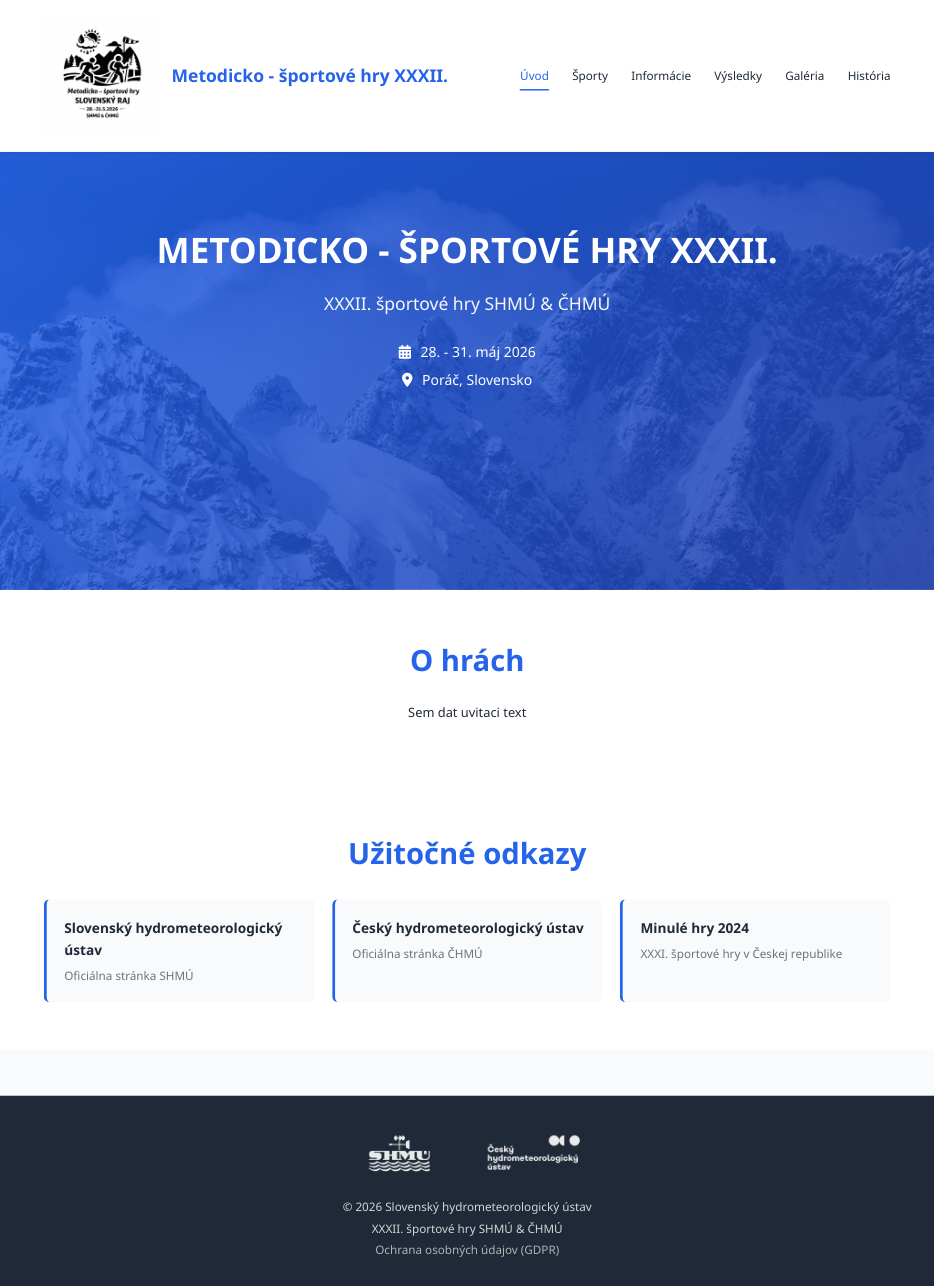
Repository: samiljimari/SHMU-web
Page: index.html
An editor plug-in stored every save of this project. The page is shown before and after the next save, followed by the edit.
The browser window is 1280 px wide. The pictures show the whole page, at 73% of full size.

Above is the page before, as saved 2026-01-14 14:47:19.

### index.html
<!DOCTYPE html>
<html lang="sk">
<head>
    <meta charset="UTF-8">
    <meta name="viewport" content="width=device-width, initial-scale=1.0">
    <title>Športové hry SHMÚ 2026</title>
    <link rel="stylesheet" href="https://cdnjs.cloudflare.com/ajax/libs/font-awesome/6.5.1/css/all.min.css">
    <link rel="stylesheet" href="css/style.css">
</head>
<body>
    <header>
        <nav class="navbar">
            <div class="container">
                <div class="logo">
                    <img src="site_logo.png" alt="Logo" class="site-logo">
                    <h1>Metodicko - športové hry XXXII.</h1>
                </div>
                <ul class="nav-menu">
                    <li><a href="index.html" class="active">Úvod</a></li>
                    <li><a href="sports.html">Športy</a></li>
                    <li><a href="info.html">Informácie</a></li>
                    <li><a href="results.html">Výsledky</a></li>
                    <li><a href="gallery.html">Galéria</a></li>
                    <li><a href="history.html">História</a></li>
                </ul>
                <div class="hamburger">
                    <span></span>
                    <span></span>
                    <span></span>
                </div>
            </div>
        </nav>
    </header>

    <main>
        <section class="hero">
            <div class="hero-content">
                <h2>METODICKO - ŠPORTOVÉ HRY XXXII.</h2>
                <p class="hero-subtitle">XXXII. športové hry SHMÚ & ČHMÚ</p>
                <p class="hero-date"><i class="fas fa-calendar-alt"></i> 28. - 31. máj 2026</p>
                <p class="hero-location"><i class="fas fa-map-marker-alt"></i> Poráč, Slovensko</p>
            </div>
        </section>

        <section class="about">
            <div class="container">
                <h2>O hrách</h2>
                <p>
                    Sem dat uvitaci text
                </p>
            </div>
        </section>

        <section class="useful-links">
            <div class="container">
                <h2>Užitočné odkazy</h2>
                <div class="links-grid">
                    <a href="https://www.shmu.sk/" target="_blank" class="link-card">
                        <h3>Slovenský hydrometeorologický ústav</h3>
                        <p>Oficiálna stránka SHMÚ</p>
                    </a>
                    <a href="http://www.chmi.cz/" target="_blank" class="link-card">
                        <h3>Český hydrometeorologický ústav</h3>
                        <p>Oficiálna stránka ČHMÚ</p>
                    </a>
                    <a href="https://info.chmi.cz/akce/sportovniHry/index.php" target="_blank" class="link-card">
                        <h3>Minulé hry 2024</h3>
                        <p>XXXI. športové hry v Českej republike</p>
                    </a>
                </div>
            </div>
        </section>
    </main>

    <footer>
        <div class="container">
            <div class="footer-logos">
                <img src="logoSHMI_white.png" alt="SHMÚ Logo">
                <img src="logoCHMI_white.png" alt="ČHMÚ Logo">
            </div>
            <p>&copy; 2026 Slovenský hydrometeorologický ústav</p>
            <p>XXXII. športové hry SHMÚ & ČHMÚ</p>
            <p><a href="gdpr.html" style="color: rgba(255,255,255,0.8); text-decoration: none;">Ochrana osobných údajov (GDPR)</a></p>
        </div>
    </footer>

    <script src="js/script.js"></script>
</body>
</html>

### css/style.css
/* Reset and Base Styles */
* {
    margin: 0;
    padding: 0;
    box-sizing: border-box;
}

:root {
    --primary-color: #2563eb;
    --secondary-color: #1e40af;
    --accent-color: #3b82f6;
    --text-dark: #1f2937;
    --text-light: #6b7280;
    --bg-light: #f9fafb;
    --bg-white: #ffffff;
    --border-color: #e5e7eb;
    --success-color: #10b981;
    --warning-color: #f59e0b;
    --danger-color: #ef4444;
}

body {
    font-family: 'Segoe UI', Tahoma, Geneva, Verdana, sans-serif;
    line-height: 1.6;
    color: var(--text-dark);
    background-color: var(--bg-light);
}

.container {
    max-width: 1200px;
    margin: 0 auto;
    padding: 0 20px;
}

/* Navigation */
.navbar {
    background-color: var(--bg-white);
    box-shadow: 0 2px 4px rgba(0, 0, 0, 0.1);
    position: relative;
    z-index: 1000;
}

.navbar .container {
    display: flex;
    justify-content: space-between;
    align-items: center;
    padding: 1.5rem 20px;
}

.logo {
    display: flex;
    align-items: center;
    gap: 15px;
}

.site-logo {
    height: 160px;
    width: auto;
    object-fit: contain;
}

.logo h1 {
    font-size: 1.5rem;
    color: var(--primary-color);
    font-weight: 700;
}

.nav-menu {
    display: flex;
    list-style: none;
    gap: 2rem;
}

.nav-menu a {
    text-decoration: none;
    color: var(--text-dark);
    font-weight: 500;
    transition: color 0.3s;
    padding: 0.5rem 0;
}

.nav-menu a:hover,
.nav-menu a.active {
    color: var(--primary-color);
    border-bottom: 2px solid var(--primary-color);
}

.hamburger {
    display: none;
    flex-direction: column;
    cursor: pointer;
    gap: 4px;
}

.hamburger span {
    width: 25px;
    height: 3px;
    background-color: var(--text-dark);
    transition: 0.3s;
}

/* Hero Section */
.hero {
    background-image: linear-gradient(135deg, rgba(37, 99, 235, 0.85) 0%, rgba(30, 64, 175, 0.85) 100%), url('../tatry.jpg');
    background-size: cover;
    background-position: center top;
    background-repeat: no-repeat;
    color: white;
    padding: 6rem 2rem 8rem;
    text-align: center;
    position: relative;
    min-height: 600px;
    margin-top: 0;
}

.hero-content h2 {
    font-size: 3rem;
    margin-bottom: 1rem;
    font-weight: 700;
}

.hero-subtitle {
    font-size: 1.5rem;
    margin-bottom: 2rem;
    opacity: 0.95;
}

.hero-date,
.hero-location {
    font-size: 1.2rem;
    margin: 0.5rem 0;
}

.hero-date i,
.hero-location i {
    margin-right: 0.5rem;
}

/* About Section */
.about {
    padding: 4rem 2rem;
    background-color: var(--bg-white);
}

.about h2 {
    font-size: 2.5rem;
    margin-bottom: 1.5rem;
    color: var(--primary-color);
    text-align: center;
}

.about p {
    font-size: 1.1rem;
    line-height: 1.8;
    margin-bottom: 1rem;
    text-align: center;
    max-width: 800px;
    margin-left: auto;
    margin-right: auto;
}

/* Info Grid Section */
.info-grid {
    padding: 4rem 2rem;
    background-color: var(--bg-light);
}

.grid {
    display: grid;
    grid-template-columns: repeat(auto-fit, minmax(250px, 1fr));
    gap: 2rem;
}

.card {
    background-color: var(--bg-white);
    padding: 2rem;
    border-radius: 10px;
    box-shadow: 0 4px 6px rgba(0, 0, 0, 0.1);
    text-align: center;
    transition: transform 0.3s, box-shadow 0.3s;
}

.card:hover {
    transform: translateY(-5px);
    box-shadow: 0 8px 12px rgba(0, 0, 0, 0.15);
}

.card-icon {
    font-size: 3rem;
    margin-bottom: 1rem;
    color: var(--primary-color);
}

.card-icon i {
    display: block;
}

.card h3 {
    font-size: 1.5rem;
    margin-bottom: 1rem;
    color: var(--primary-color);
}

.card p {
    margin-bottom: 1.5rem;
    color: var(--text-light);
}

.btn {
    display: inline-block;
    padding: 0.75rem 1.5rem;
    background-color: var(--primary-color);
    color: white;
    text-decoration: none;
    border-radius: 5px;
    transition: background-color 0.3s;
    font-weight: 500;
}

.btn:hover {
    background-color: var(--secondary-color);
}

/* Useful Links Section */
.useful-links {
    padding: 4rem 2rem;
    background-color: var(--bg-white);
}

.useful-links h2 {
    font-size: 2.5rem;
    margin-bottom: 2rem;
    color: var(--primary-color);
    text-align: center;
}

.links-grid {
    display: grid;
    grid-template-columns: repeat(auto-fit, minmax(300px, 1fr));
    gap: 1.5rem;
}

.link-card {
    background-color: var(--bg-light);
    padding: 1.5rem;
    border-radius: 8px;
    text-decoration: none;
    color: var(--text-dark);
    border-left: 4px solid var(--primary-color);
    transition: all 0.3s;
}

.link-card:hover {
    background-color: var(--primary-color);
    color: white;
    transform: translateX(5px);
}

.link-card h3 {
    margin-bottom: 0.5rem;
}

.link-card p {
    color: var(--text-light);
}

.link-card:hover p {
    color: rgba(255, 255, 255, 0.9);
}

/* Page Header */
.page-header {
    background: linear-gradient(135deg, var(--primary-color) 0%, var(--secondary-color) 100%);
    color: white;
    padding: 5rem 2rem 3rem;
    text-align: center;
    margin-top: 0;
}

.page-header h1 {
    font-size: 2.5rem;
    margin-bottom: 0.5rem;
}

.page-header p {
    font-size: 1.2rem;
    opacity: 0.95;
}

/* Sports Section */
.sports-list {
    padding: 4rem 2rem;
}

.sports-grid {
    display: grid;
    grid-template-columns: repeat(auto-fit, minmax(280px, 1fr));
    gap: 2rem;
    margin-bottom: 3rem;
}

.sport-card {
    background-color: var(--bg-white);
    padding: 2rem;
    border-radius: 10px;
    box-shadow: 0 4px 6px rgba(0, 0, 0, 0.1);
    transition: transform 0.3s;
}

.sport-card:hover {
    transform: translateY(-5px);
}

.sport-icon {
    font-size: 3rem;
    margin-bottom: 1rem;
    text-align: center;
    color: var(--primary-color);
}

.sport-icon i {
    display: block;
}

.sport-card h3 {
    font-size: 1.5rem;
    margin-bottom: 0.5rem;
    color: var(--primary-color);
}

.sport-card p {
    color: var(--text-light);
    margin-bottom: 1rem;
}

.sport-card ul {
    list-style: none;
    padding-left: 0;
}

.sport-card ul li {
    padding: 0.25rem 0;
    color: var(--text-dark);
}

.sport-card ul li:before {
    content: "✓ ";
    color: var(--success-color);
    font-weight: bold;
}

.info-box {
    background-color: var(--bg-white);
    padding: 2rem;
    border-radius: 10px;
    border-left: 4px solid var(--warning-color);
    box-shadow: 0 4px 6px rgba(0, 0, 0, 0.1);
}

.info-box h3 {
    color: var(--primary-color);
    margin-bottom: 1rem;
}

.info-box ul {
    list-style: none;
    padding-left: 0;
}

.info-box ul li {
    padding: 0.5rem 0;
}

/* Information Page */
.info-content {
    padding: 4rem 2rem;
}

.info-section {
    background-color: var(--bg-white);
    padding: 2rem;
    margin-bottom: 2rem;
    border-radius: 10px;
    box-shadow: 0 4px 6px rgba(0, 0, 0, 0.1);
}

.info-section h2 {
    color: var(--primary-color);
    margin-bottom: 1.5rem;
    font-size: 2rem;
}

.info-section h2 i {
    margin-right: 0.5rem;
}

.info-section h3 {
    color: var(--secondary-color);
    margin-top: 1.5rem;
    margin-bottom: 1rem;
}

.info-section h4 {
    color: var(--text-dark);
    margin-top: 1rem;
    margin-bottom: 0.5rem;
}

.info-section ul {
    margin-left: 1.5rem;
    margin-top: 0.5rem;
}

.info-section li {
    margin-bottom: 0.5rem;
}

.schedule-table {
    margin-top: 1rem;
}

.schedule-table h3 {
    background-color: var(--bg-light);
    padding: 0.75rem 1rem;
    margin-top: 1.5rem;
    border-left: 4px solid var(--primary-color);
}

.schedule-table table {
    width: 100%;
    border-collapse: collapse;
    margin-top: 1rem;
}

.schedule-table table tr {
    border-bottom: 1px solid var(--border-color);
}

.schedule-table table td {
    padding: 1rem;
}

.schedule-table table td:first-child {
    font-weight: 600;
    color: var(--primary-color);
    width: 150px;
}

.venue-info,
.accommodation-info,
.transport-info,
.registration-info,
.meals-info {
    margin-top: 1rem;
}

.hotel-list {
    display: grid;
    grid-template-columns: repeat(auto-fit, minmax(250px, 1fr));
    gap: 1rem;
    margin-top: 1rem;
}

.hotel-card {
    background-color: var(--bg-light);
    padding: 1rem;
    border-radius: 5px;
}

.hotel-card h4 {
    color: var(--primary-color);
    margin-bottom: 0.5rem;
}

.contact-box {
    background: linear-gradient(135deg, var(--primary-color) 0%, var(--secondary-color) 100%);
    color: white;
}

.contact-box h2 {
    color: white;
}

.contact-box a {
    color: white;
    text-decoration: underline;
}

/* Results Page */
.results-content {
    padding: 4rem 2rem;
}

.overall-standings,
.sport-results {
    background-color: var(--bg-white);
    padding: 2rem;
    margin-bottom: 2rem;
    border-radius: 10px;
    box-shadow: 0 4px 6px rgba(0, 0, 0, 0.1);
}

.results-table {
    width: 100%;
    border-collapse: collapse;
    margin-top: 1rem;
}

.results-table thead {
    background-color: var(--primary-color);
    color: white;
}

.results-table th,
.results-table td {
    padding: 1rem;
    text-align: left;
    border-bottom: 1px solid var(--border-color);
}

.results-table tbody tr:hover {
    background-color: var(--bg-light);
}

.medal-gold {
    color: #FFD700;
    font-weight: bold;
}

.medal-silver {
    color: #C0C0C0;
    font-weight: bold;
}

.medal-bronze {
    color: #CD7F32;
    font-weight: bold;
}

.results-note {
    margin-top: 1rem;
    color: var(--text-light);
    font-style: italic;
}

.result-box {
    margin-top: 1rem;
    padding: 1.5rem;
    background-color: var(--bg-light);
    border-radius: 8px;
}

.result-box h3 {
    color: var(--secondary-color);
    margin-bottom: 1rem;
}

.score-display {
    display: flex;
    justify-content: center;
    align-items: center;
    gap: 2rem;
    font-size: 1.5rem;
    margin: 1rem 0;
}

.score-display .team {
    font-weight: 600;
    min-width: 100px;
    text-align: center;
}

.score-display .score {
    font-size: 2rem;
    font-weight: bold;
    color: var(--primary-color);
}

.status {
    text-align: center;
    color: var(--text-light);
    font-style: italic;
    margin-top: 0.5rem;
}

/* Gallery Page */
.gallery-content {
    padding: 4rem 2rem;
}

.gallery-section {
    background-color: var(--bg-white);
    padding: 2rem;
    margin-bottom: 2rem;
    border-radius: 10px;
    box-shadow: 0 4px 6px rgba(0, 0, 0, 0.1);
}

.gallery-section h2 {
    color: var(--primary-color);
    margin-bottom: 1rem;
}

.gallery-note {
    color: var(--text-light);
    font-style: italic;
    margin-bottom: 2rem;
}

.photo-grid {
    display: grid;
    grid-template-columns: repeat(auto-fill, minmax(250px, 1fr));
    gap: 1rem;
    margin-top: 2rem;
}

.photo-placeholder {
    background-color: var(--bg-light);
    border: 2px dashed var(--border-color);
    border-radius: 8px;
    padding: 3rem;
    text-align: center;
    color: var(--text-light);
    min-height: 200px;
    display: flex;
    align-items: center;
    justify-content: center;
}

.previous-years {
    display: grid;
    grid-template-columns: repeat(auto-fit, minmax(300px, 1fr));
    gap: 1.5rem;
    margin-top: 1.5rem;
}

.year-gallery-link {
    text-decoration: none;
    color: inherit;
}

.year-card {
    background-color: var(--bg-light);
    padding: 2rem;
    border-radius: 8px;
    border-left: 4px solid var(--primary-color);
    transition: all 0.3s;
}

.year-card:hover {
    background-color: var(--primary-color);
    color: white;
    transform: translateX(5px);
}

.year-card h3 {
    color: var(--primary-color);
    margin-bottom: 0.5rem;
}

.year-card:hover h3 {
    color: white;
}

.view-link {
    display: inline-block;
    margin-top: 1rem;
    color: var(--primary-color);
    font-weight: 600;
}

.year-card:hover .view-link {
    color: white;
}

.upload-info {
    background-color: var(--bg-light);
    padding: 2rem;
    border-radius: 8px;
    margin-top: 2rem;
}

.upload-info h3 {
    color: var(--primary-color);
    margin-bottom: 1rem;
}

.upload-info a {
    color: var(--primary-color);
    text-decoration: none;
}

.upload-info a:hover {
    text-decoration: underline;
}

/* History Page */
.history-content {
    padding: 4rem 2rem;
}

.history-intro {
    background-color: var(--bg-white);
    padding: 2rem;
    margin-bottom: 3rem;
    border-radius: 10px;
    box-shadow: 0 4px 6px rgba(0, 0, 0, 0.1);
}

.history-intro h2 {
    color: var(--primary-color);
    margin-bottom: 1rem;
}

.history-intro p {
    margin-bottom: 1rem;
    line-height: 1.8;
}

.timeline {
    background-color: var(--bg-white);
    padding: 2rem;
    margin-bottom: 3rem;
    border-radius: 10px;
    box-shadow: 0 4px 6px rgba(0, 0, 0, 0.1);
}

.timeline h2 {
    color: var(--primary-color);
    margin-bottom: 2rem;
}

.timeline-item {
    display: grid;
    grid-template-columns: 120px 1fr;
    gap: 2rem;
    margin-bottom: 2rem;
    padding-bottom: 2rem;
    border-bottom: 1px solid var(--border-color);
}

.timeline-item:last-child {
    border-bottom: none;
}

.timeline-year {
    font-size: 1.5rem;
    font-weight: 700;
    color: var(--primary-color);
}

.timeline-content h3 {
    color: var(--secondary-color);
    margin-bottom: 0.5rem;
}

.timeline-content a {
    color: var(--primary-color);
    text-decoration: none;
    display: inline-block;
    margin-top: 0.5rem;
}

.timeline-content a:hover {
    text-decoration: underline;
}

.timeline-item.placeholder {
    opacity: 0.6;
}

.statistics {
    background-color: var(--bg-white);
    padding: 2rem;
    margin-bottom: 3rem;
    border-radius: 10px;
    box-shadow: 0 4px 6px rgba(0, 0, 0, 0.1);
}

.statistics h2 {
    color: var(--primary-color);
    margin-bottom: 2rem;
}

.stats-grid {
    display: grid;
    grid-template-columns: repeat(auto-fit, minmax(200px, 1fr));
    gap: 2rem;
    margin-bottom: 1rem;
}

.stat-card {
    text-align: center;
    padding: 2rem;
    background-color: var(--bg-light);
    border-radius: 8px;
}

.stat-number {
    font-size: 3rem;
    font-weight: 700;
    color: var(--primary-color);
    margin-bottom: 0.5rem;
}

.stat-label {
    color: var(--text-light);
    font-size: 1.1rem;
}

.stats-note {
    text-align: center;
    color: var(--text-light);
    font-style: italic;
    margin-top: 1rem;
}

.hosting-pattern {
    background-color: var(--bg-white);
    padding: 2rem;
    border-radius: 10px;
    box-shadow: 0 4px 6px rgba(0, 0, 0, 0.1);
}

.hosting-pattern h2 {
    color: var(--primary-color);
    margin-bottom: 1rem;
}

.hosting-pattern ul {
    margin: 1rem 0 1rem 1.5rem;
}

.hosting-pattern li {
    margin-bottom: 0.5rem;
}

/* Footer */
footer {
    background-color: var(--text-dark);
    color: white;
    padding: 3rem 0 2rem;
    text-align: center;
    margin-top: 4rem;
}

.footer-logos {
    display: flex;
    justify-content: center;
    align-items: center;
    gap: 3rem;
    margin-bottom: 2rem;
    flex-wrap: wrap;
}

.footer-logos img {
    height: 60px;
    width: auto;
    opacity: 0.9;
    transition: opacity 0.3s;
}

.footer-logos img:hover {
    opacity: 1;
}

footer p {
    margin: 0.25rem 0;
    opacity: 0.8;
}

/* Responsive Design */
@media (max-width: 768px) {
    .nav-menu {
        position: fixed;
        left: -100%;
        top: 70px;
        flex-direction: column;
        background-color: var(--bg-white);
        width: 100%;
        text-align: center;
        transition: 0.3s;
        box-shadow: 0 10px 27px rgba(0, 0, 0, 0.05);
        padding: 2rem 0;
        gap: 0;
    }

    .nav-menu.active {
        left: 0;
    }

    .nav-menu li {
        margin: 1rem 0;
    }

    .hamburger {
        display: flex;
    }

    .site-logo {
        height: 120px;
    }

    .logo h1 {
        font-size: 1.2rem;
    }

    .hero-content h2 {
        font-size: 2rem;
    }

    .hero-subtitle {
        font-size: 1.2rem;
    }

    .hero-date,
    .hero-location {
        font-size: 1rem;
    }

    .grid,
    .links-grid,
    .sports-grid {
        grid-template-columns: 1fr;
    }

    .timeline-item {
        grid-template-columns: 80px 1fr;
        gap: 1rem;
    }

    .timeline-year {
        font-size: 1.2rem;
    }

    .stats-grid {
        grid-template-columns: repeat(2, 1fr);
    }

    .schedule-table table td:first-child {
        width: 100px;
        font-size: 0.9rem;
    }
}

@media (max-width: 480px) {
    .stats-grid {
        grid-template-columns: 1fr;
    }

    .score-display {
        flex-direction: column;
        gap: 0.5rem;
    }

    .score-display .score {
        font-size: 1.5rem;
    }
}

Loaded but not shown: js/script.js (157 lines, source omitted)

After the next save:
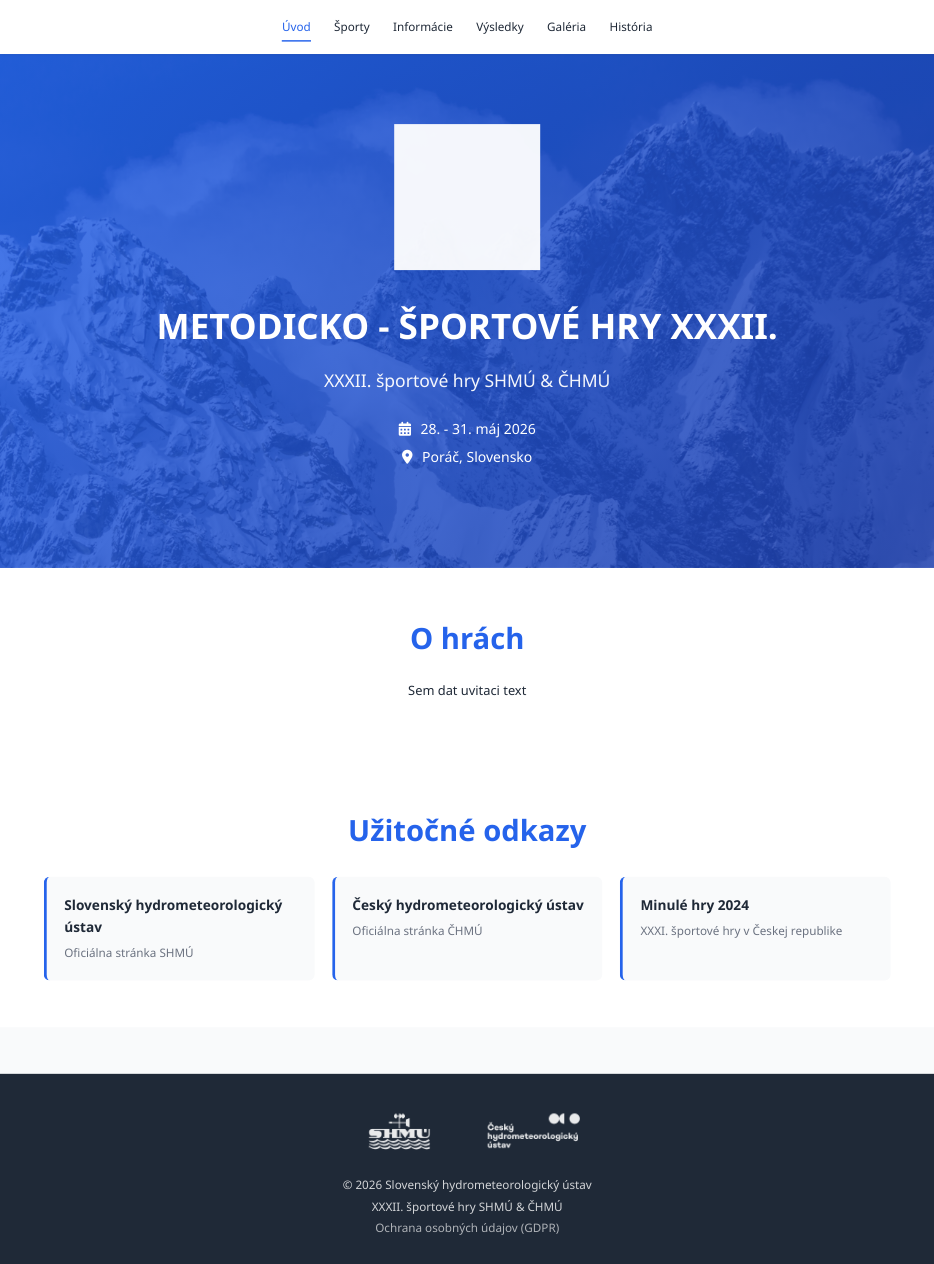
Saved 2 min 25 s later.
--- a/index.html
+++ b/index.html
@@ -9,11 +9,9 @@
 </head>
 <body>
     <header>
-        <nav class="navbar">
+        <nav class="navbar navbar-index">
             <div class="container">
                 <div class="logo">
-                    <img src="site_logo.png" alt="Logo" class="site-logo">
-                    <h1>Metodicko - športové hry XXXII.</h1>
                 </div>
                 <ul class="nav-menu">
                     <li><a href="index.html" class="active">Úvod</a></li>
@@ -35,6 +33,7 @@
     <main>
         <section class="hero">
             <div class="hero-content">
+                <img src="site_logo.png" alt="Logo" class="hero-logo">
                 <h2>METODICKO - ŠPORTOVÉ HRY XXXII.</h2>
                 <p class="hero-subtitle">XXXII. športové hry SHMÚ & ČHMÚ</p>
                 <p class="hero-date"><i class="fas fa-calendar-alt"></i> 28. - 31. máj 2026</p>
--- a/css/style.css
+++ b/css/style.css
@@ -47,6 +47,14 @@
     padding: 1.5rem 20px;
 }
 
+.navbar-index .container {
+    justify-content: center;
+}
+
+.navbar-index .logo {
+    display: none;
+}
+
 .logo {
     display: flex;
     align-items: center;
@@ -111,6 +119,14 @@
     position: relative;
     min-height: 600px;
     margin-top: 0;
+}
+
+.hero-logo {
+    height: 200px;
+    width: auto;
+    margin-bottom: 2rem;
+    filter: brightness(0) invert(1);
+    opacity: 0.95;
 }
 
 .hero-content h2 {
@@ -897,6 +913,10 @@
         display: flex;
     }
 
+    .hero-logo {
+        height: 120px;
+    }
+
     .site-logo {
         height: 120px;
     }
